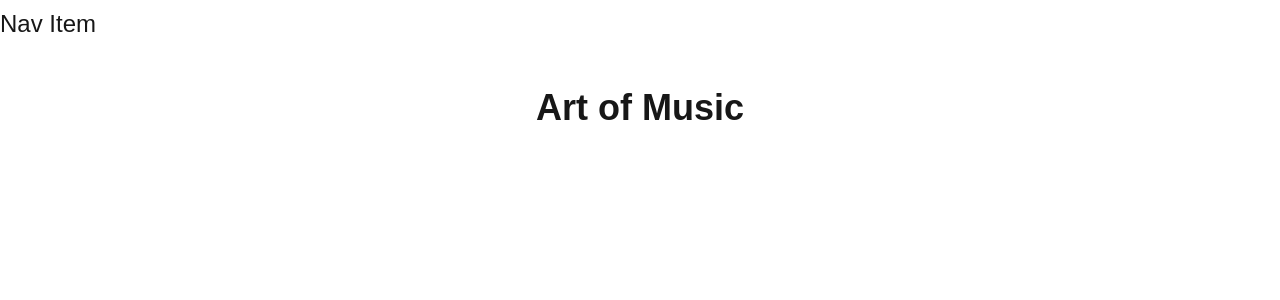
Repository: Strong02coder/Art_of_Music-Next.Js-
Page: /
An editor plug-in stored every save of this project. The page is shown before and after the next save, followed by the edit.
The browser window is 1280 px wide. The pictures show the whole page.
The project was rebuilt for these pictures with package versions that can differ from the ones it lists, and the page was loaded fresh each time. The framework's server and built-in components were replaced by stand-ins that run in the browser. Also part of the build but not shown: next.config.ts.

Above is the page before, as saved 2025-01-28 19:27:57.

After the next save:
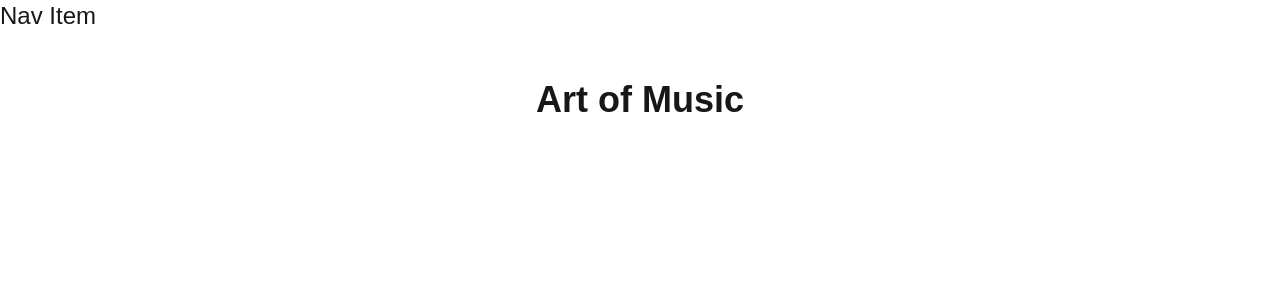
Saved 5 s later.
--- a/src/app/layout.tsx
+++ b/src/app/layout.tsx
@@ -25,7 +25,7 @@
   return (
     <html lang="en">
       <body className={`${geistSans.variable} ${geistMono.variable} antialiased`}>
-				<h1 className="text-2xl mt-2">Nav Item</h1>
+				<h1 className="text-2xl">Nav Item</h1>
         {children}
       </body>
     </html>
